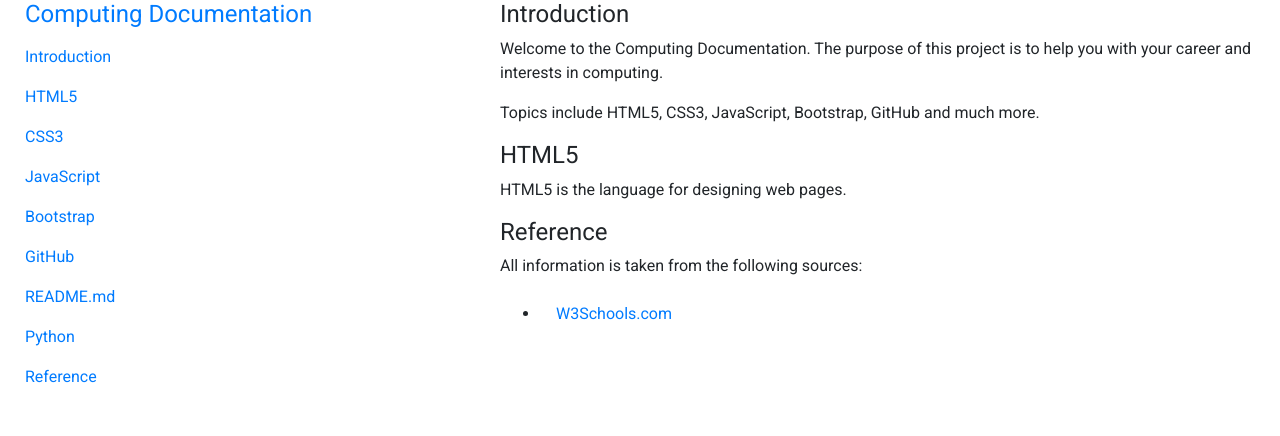
Repository: derektypist/technical-documentation-page
Page: index.html
The author's editor kept a record of every edit. The page is drawn from the files as they stood at one moment, then again after the next edit.
The browser window is 1280 px wide. The pictures show the whole page.

Above is the page before.

After the next edit:
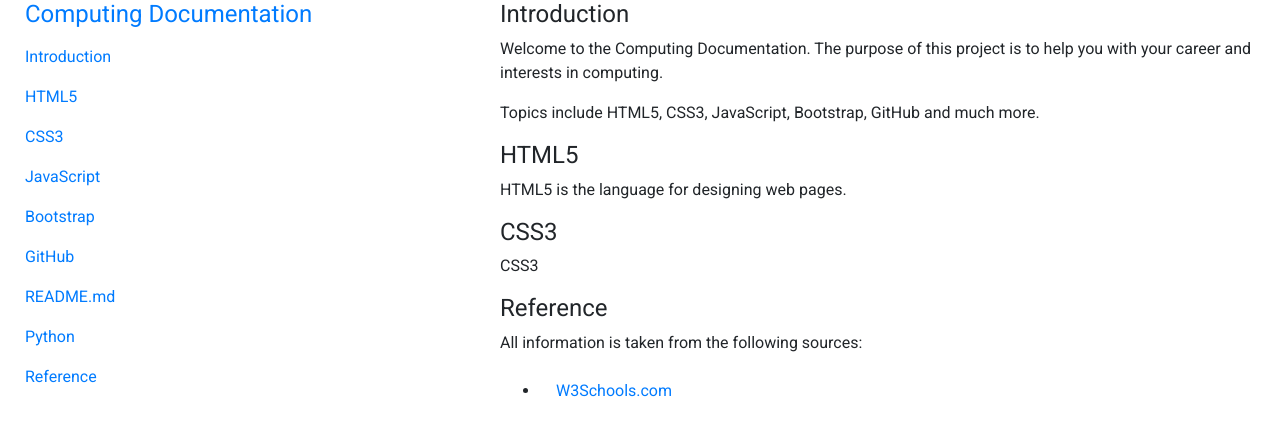
The edit:
--- a/index.html
+++ b/index.html
@@ -92,7 +92,14 @@
   </article>
 </section>
 
-<section class="main-section"></section>
+<section class="main-section">
+  <header id="CSS3">
+    <h4>CSS3</h4>
+  </header>
+  <article>
+    <p>CSS3</p>
+  </article>
+</section>
 
 <section class="main-section">
   <header id="Reference">
